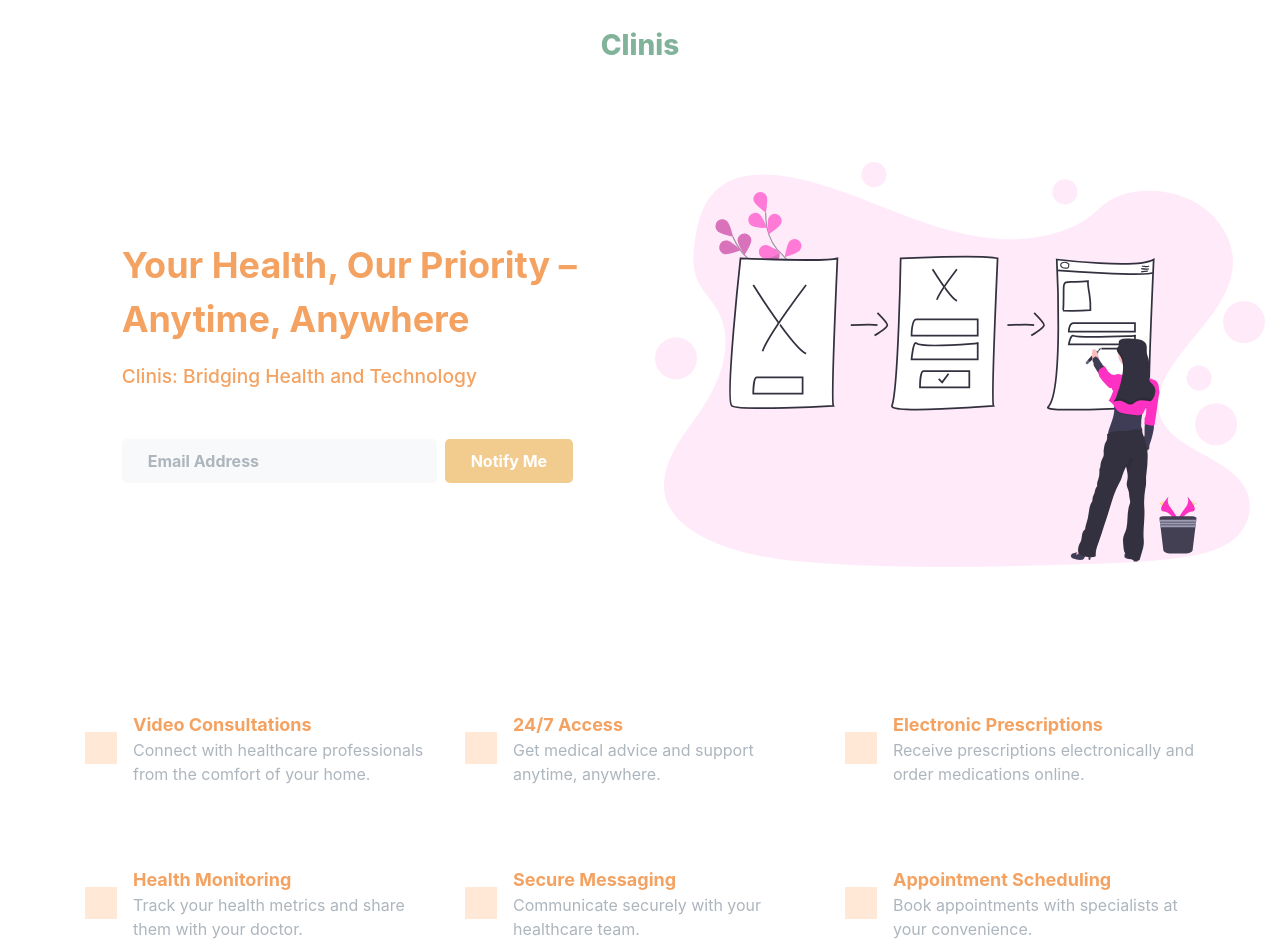
Repository: Rupak09/demo1
Page: index.html
These files come from the project's save history. The page is drawn as it stood at one moment and after the next save; the edit follows.
The browser window is 1280 px wide. The pictures show the part of the page from y = 0 to 952 px (the page is 2779 px tall before and 2819 px after).
A picture or video elsewhere on the page could not be fetched, so the positions and the page height are approximate. Some web fonts or font styles are not loaded; a fallback is used. Some web libraries are served in a nearby version.

Above is the page before, as saved 2024-12-28 12:06:08.

After the next save:
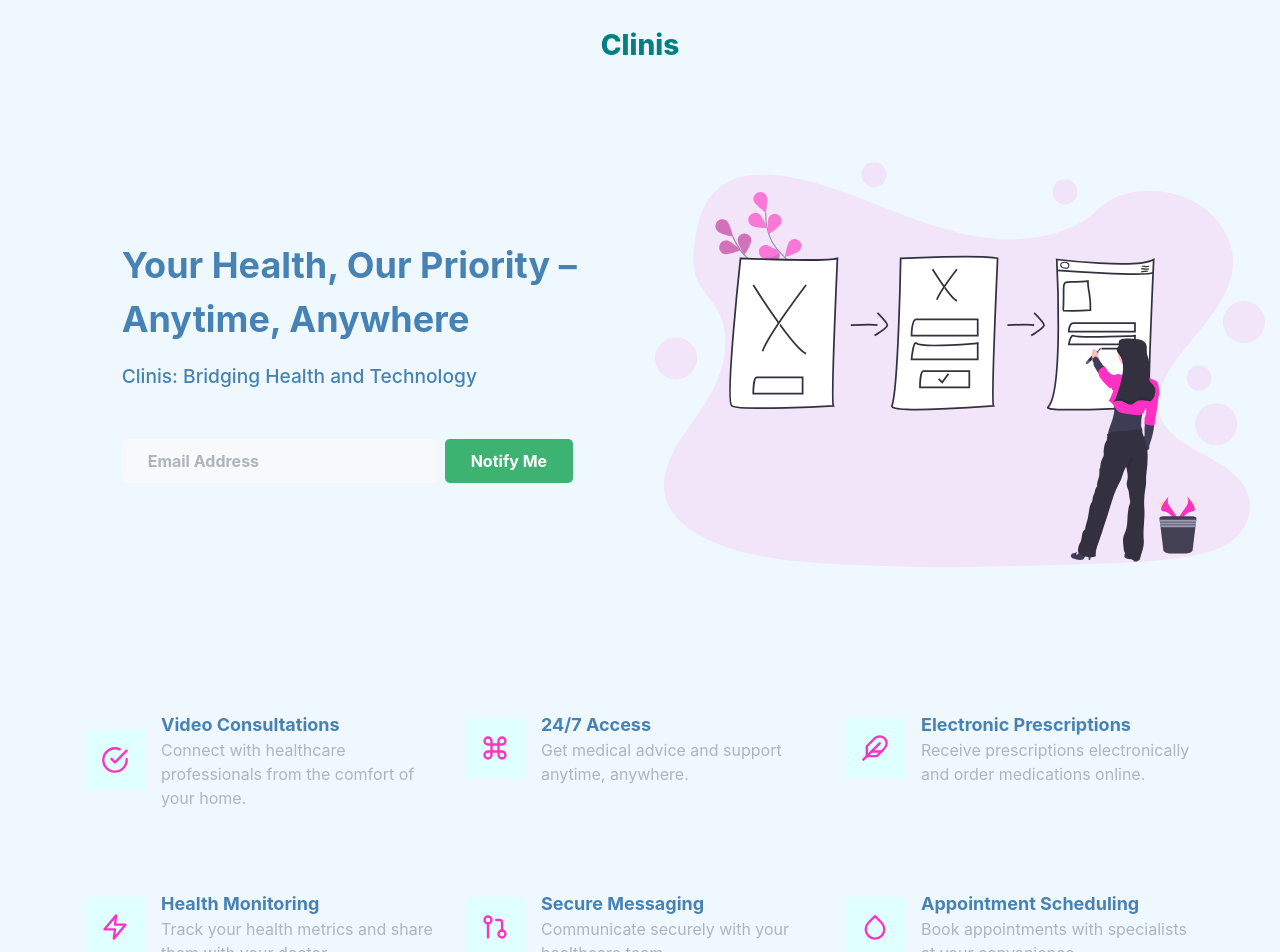
Saved 25 s later.
--- a/index.html
+++ b/index.html
@@ -14,38 +14,38 @@
     <link rel="stylesheet" href="css/bootstrap.css">
     <style>
         body {
-            background-color: #ffffff; /* White background */
-            color: #3d405b; /* Slate Blue for text */
+            background-color: #f0f8ff; /* Alice Blue */
+            color: #2f4f4f; /* Dark Slate Gray */
         }
         .heading-brand {
-            color: #81b29a; /* Pastel Green */
+            color: #008080; /* Teal */
         }
         h1, .lead, .title {
-            color: #f4a261; /* Light Salmon */
+            color: #4682b4; /* Steel Blue */
         }
         .btn-primary {
-            background-color: #f2cc8f; /* Pastel Yellow */
-            border-color: #f2cc8f;
+            background-color: #3cb371; /* Medium Sea Green */
+            border-color: #3cb371;
         }
         .btn-primary:hover {
-            background-color: #e76f51; /* Light Coral */
-            border-color: #e76f51;
+            background-color: #2e8b57; /* Sea Green */
+            border-color: #2e8b57;
         }
         .icon-box-inner {
-            background-color: #ffe8d6; /* Light Peach */
+            background-color: #e0ffff; /* Light Cyan */
         }
         .icon-box-inner span {
-            color: #2a9d8f; /* Soft Aqua */
+            color: #20b2aa; /* Light Sea Green */
         }
         footer {
-            background-color: #81b29a; /* Pastel Green */
+            background-color: #008080; /* Teal */
             color: #ffffff; /* White */
         }
         a {
-            color: #e76f51; /* Light Coral */
+            color: #008b8b; /* Dark Cyan */
         }
         a:hover {
-            color: #f4a261; /* Light Salmon */
+            color: #20b2aa; /* Light Sea Green */
         }
     </style>
 </head>
@@ -196,4 +196,15 @@
                 </ul>
             </div>
         </div>
-        <div
+        <div class="row my-2">
+
+        </div>
+    </div>
+</footer>
+
+<!-- jQuery first, then Popper.js, then Bootstrap JS -->
+<script src="https://code.jquery.com/jquery-3.2.1.min.js"></script>
+<script src="https://cdnjs.cloudflare.com/ajax/libs/feather-icons/4.7.3/feather.min.js"></script>
+<script src="js/scripts.js"></script>
+</body>
+</html>
